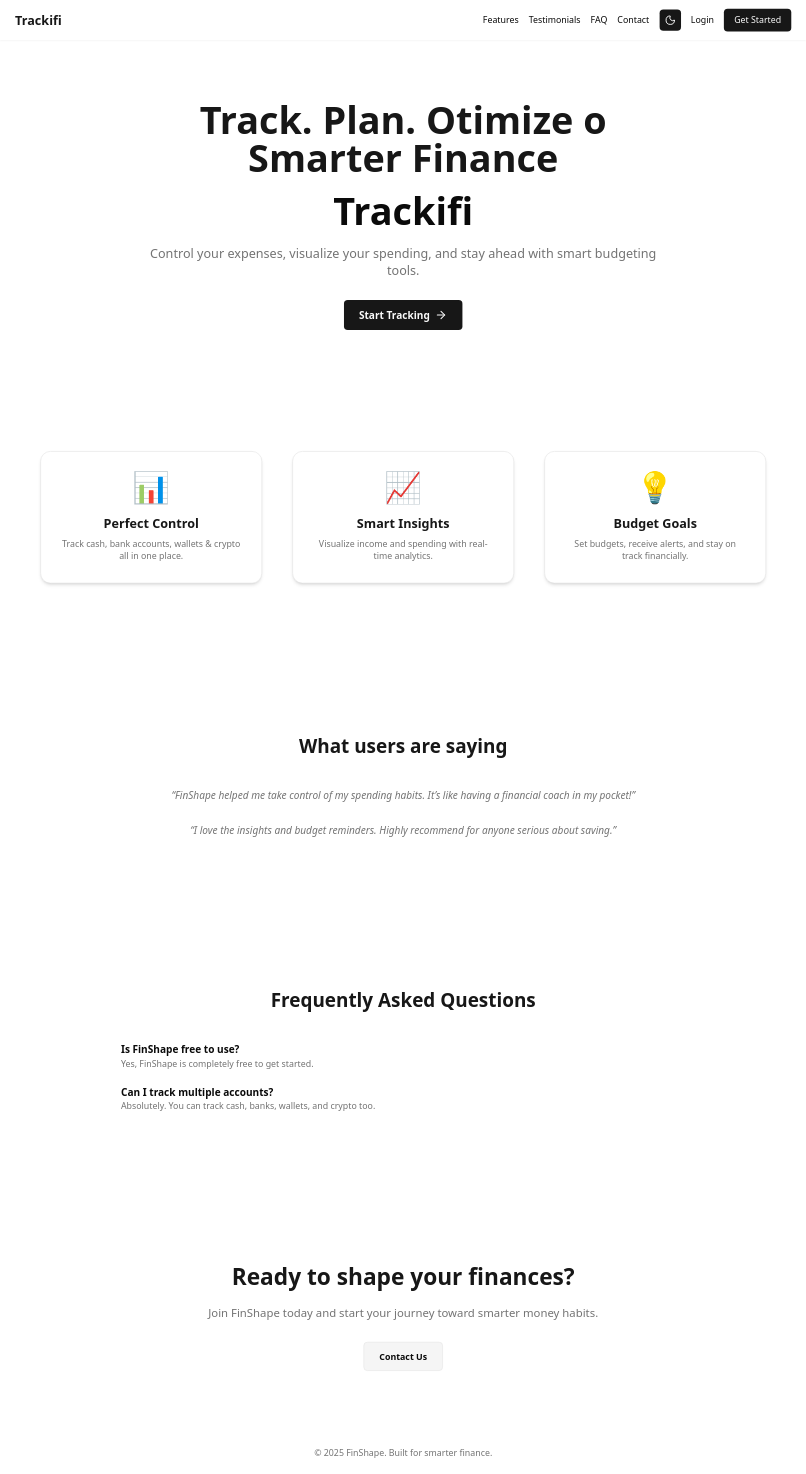
Repository: ruthvik-mt/Trackifi
Page: /categories (app in frontend/)
These files come from the project's save history. The page is drawn as it stood at one moment and after a run of saves; the edit follows.
The browser window is 1280 px wide. The pictures show the whole page, at 63% of full size.
The project was rebuilt for these pictures with package versions that can differ from the ones it lists, and the page was loaded fresh each time. Also part of the build but not shown: frontend/vite.config.ts, frontend/src/components/FormInput.tsx, frontend/src/pages/Auth/Login.tsx, frontend/src/pages/Auth/Register.tsx, frontend/src/components/Sidebar.tsx, frontend/src/components/ThemeToggleButton.tsx, frontend/src/components/Navbar.tsx, frontend/src/pages/Dashboard/Layout.tsx and 20 more.

Above is the page before, as saved 2025-07-15 23:12:45.

After the next 2 saves:
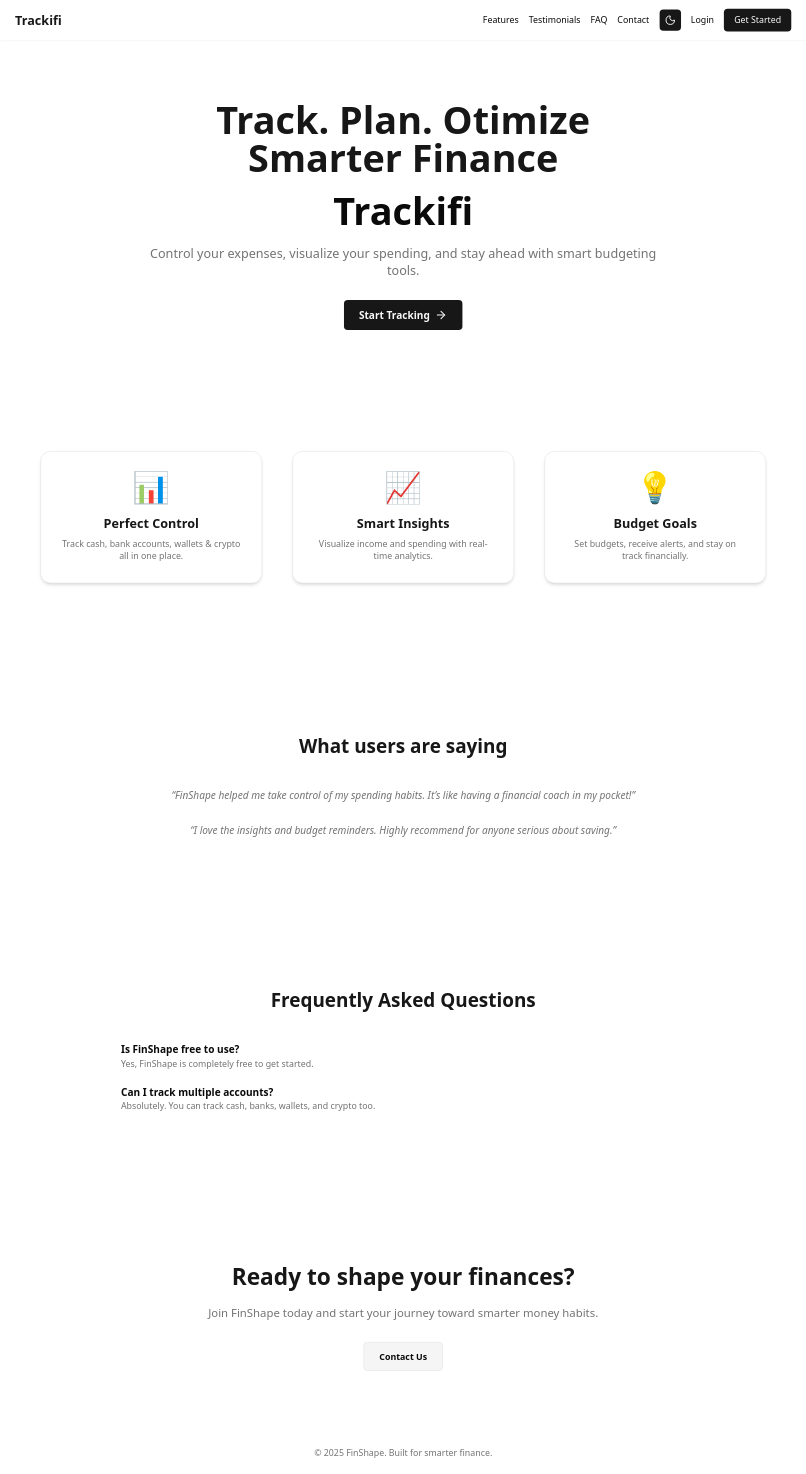
The 2 saves are shown as one change because they came seconds apart.
The last was saved 16 s later.
--- a/frontend/src/pages/LandingPage.tsx
+++ b/frontend/src/pages/LandingPage.tsx
@@ -62,7 +62,7 @@ export default function LandingPage() {
         transition={{ duration: 0.6 }}
       >
         <h1 className="text-5xl md:text-6xl font-extrabold leading-tight mb-6 text-primary">
-  Track. Plan. Otimize    o Smarter Finance
+  Track. Plan. Otimize     Smarter Finance
 </h1>
 
 <h2 className="text-5xl md:text-6xl font-extrabold text-center leading-tight mb-6 xt-primary">
